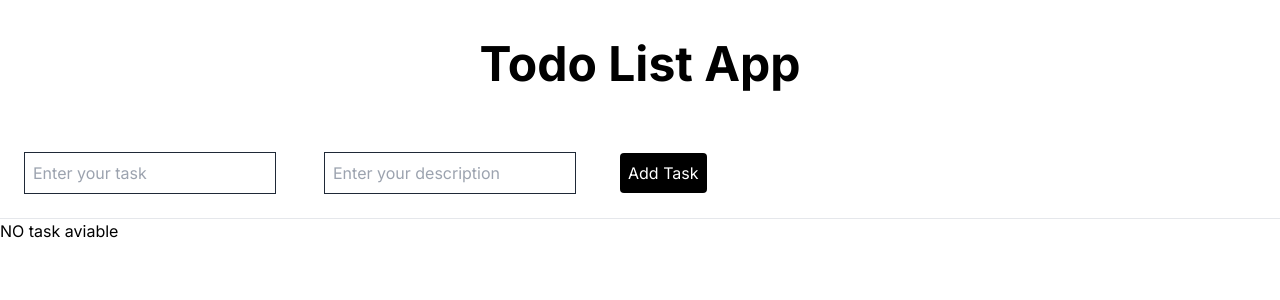
Repository: TanmayDhobale/100xdevs-cohort-2-assignments
Page: / (app in todolist/)
An editor plug-in stored every save of this project. The page is shown before and after the next save, followed by the edit.
The browser window is 1280 px wide. The pictures show the whole page.
The project was rebuilt for these pictures with package versions that can differ from the ones it lists, and the page was loaded fresh each time. The framework's server and built-in components were replaced by stand-ins that run in the browser. Also part of the build but not shown: todolist/next.config.js, todolist/webpack.config.js.

Above is the page before, as saved 2023-12-27 22:38:58.

### todolist/src/app/page.js
"use client"
import React, { useState } from 'react';

export default function Home() {
  const [title, settitle] = useState("");
  const [desc, setDesc] = useState("");
  const [maintask, setmaintask] = useState([""]);
  const submithandler = (e)=>{
    e.preventDefault();
    console.log(title)
    console.log(desc)
    settitle("")
    setDesc("")
  }
   let rendertask = <h1>NO task aviable </h1>
  return (
    <>
      <h1 className='hometext p-5 m-5 font-bold text-center text-5xl'>Todo List App</h1>
      <form onSubmit={submithandler}>
        <input
          type="text"
          className='border border-gray-800 p-2 m-6'
          placeholder="Enter your task"
          value={title}
          onChange={(e) => {
            settitle(e.target.value);
          }}
        />
        <input
          type="text"
          className='border border-gray-800 p-2 m-6'
          placeholder="Enter your description"
          value={desc}
          onChange={(e) => {
            setDesc(e.target.value);
          }}
        />
        <button
          className='bg-black text-white m-5 p-2 border-3 rounded'
          type="submit"

        >
          Add Task
        </button>
      </form>
      <hr></hr>
      <div>
        <ul className=''>
          {rendertask}
        </ul>
      </div>


    </>
  );
}

Loaded but not shown: todolist/src/app/layout.js (common file); todolist/src/app/globals.css (common file); todolist/tailwind.config.js (common file)

After the next save:
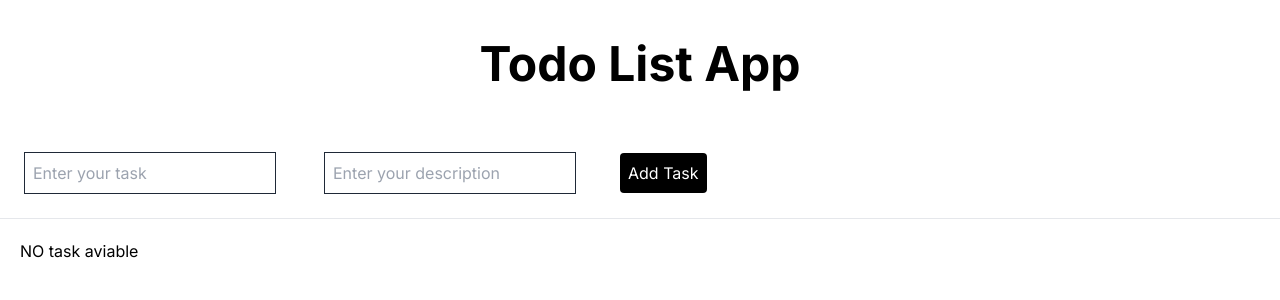
Saved 8 s later.
--- a/todolist/src/app/page.js
+++ b/todolist/src/app/page.js
@@ -45,7 +45,7 @@
       </form>
       <hr></hr>
       <div>
-        <ul className=''>
+        <ul className='p-5 m - 6'>
           {rendertask}
         </ul>
       </div>

After the save that followed:
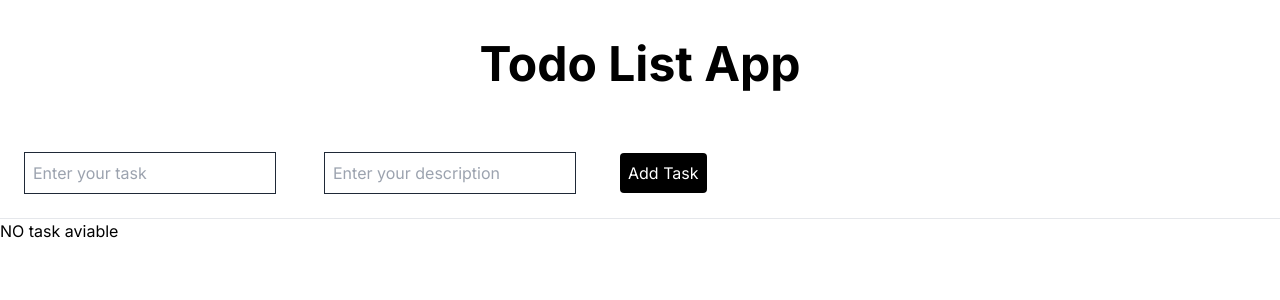
Saved 8 s later.
--- a/todolist/src/app/page.js
+++ b/todolist/src/app/page.js
@@ -45,7 +45,7 @@
       </form>
       <hr></hr>
       <div>
-        <ul className='p-5 m - 6'>
+        <ul>
           {rendertask}
         </ul>
       </div>
